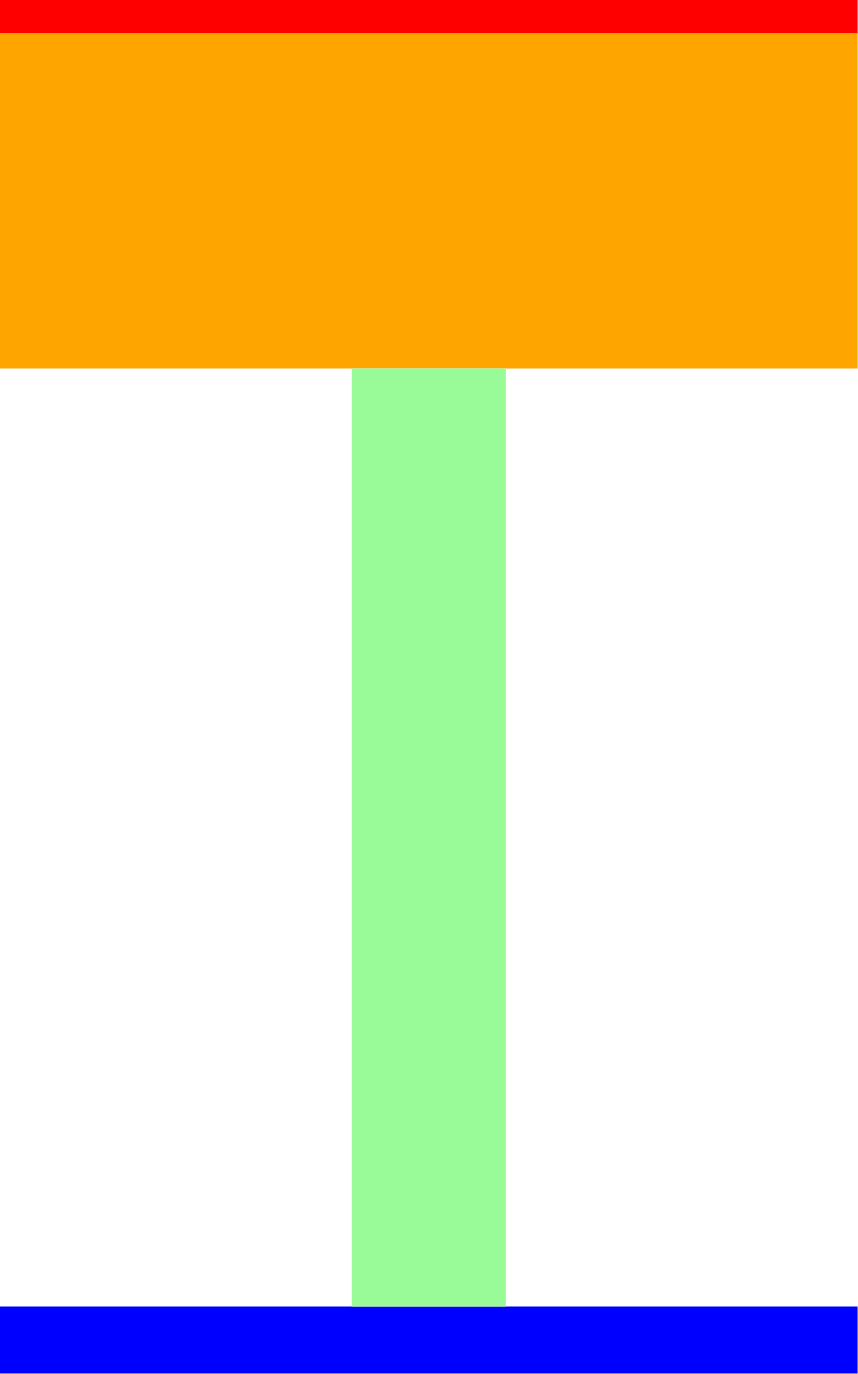
Repository: miho-baba/chapter10.1
Page: caravan/file.html
The author's editor kept a record of every edit. The page is drawn from the files as they stood at one moment, then again after the next edit.
The browser window is 1280 px wide. The pictures show the whole page, at 67% of full size.

Above is the page before.

After the next edit:
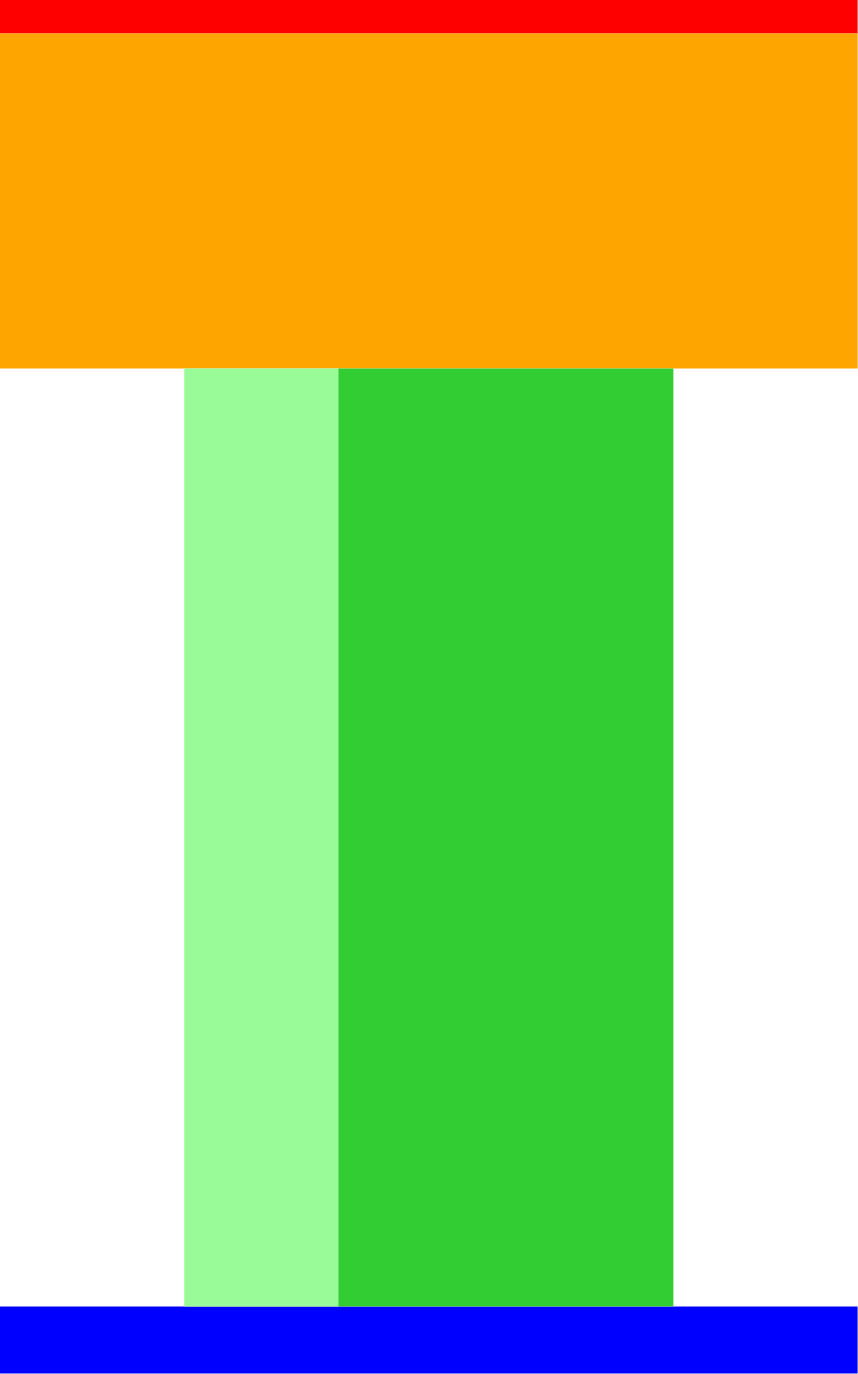
The edit:
--- a/caravan/file.css
+++ b/caravan/file.css
@@ -31,7 +31,13 @@
   background-color: palegreen; /* 背景色limegreen */
 }
 
+.blog {
+  width: 500px; /* 横幅600px */
+  height: 1400px; /* 高さ600px */
+  background-color: limegreen; /* 背景色limegreen */
 
+
+}
 
 
 
